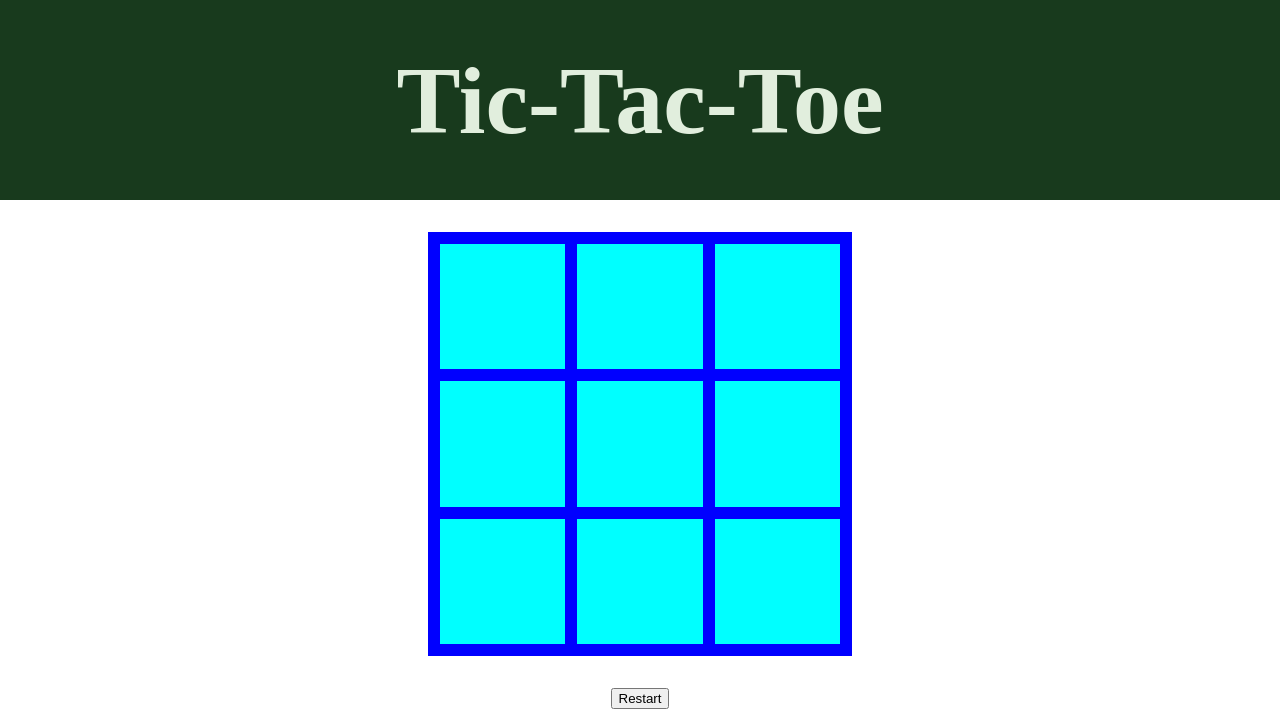
Repository: yeetzpxoci/tic-tac-toe
Page: index.html
These files come from the project's save history. The page is drawn as it stood at one moment and after a run of saves; the edit follows.
The browser window is 1280 px wide. The pictures show the whole page.

Above is the page before, as saved 2023-02-23 18:43:02.

After the next 2 saves:
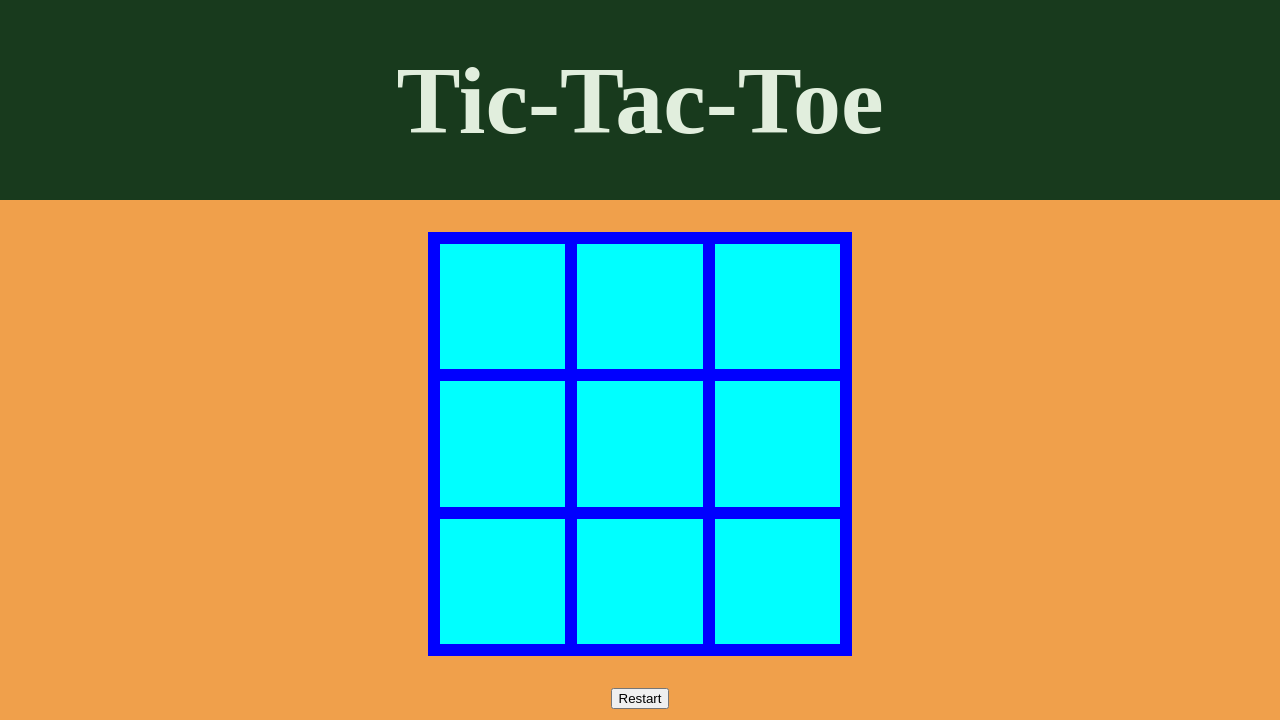
The 2 saves are shown as one change because they came seconds apart.
The last was saved 23 s later.
--- a/styles.css
+++ b/styles.css
@@ -11,6 +11,7 @@ body {
     align-items: center;
     min-width: 100vh;
     gap: 32px;
+    background-color: #F0A04B;
 }
 
 .header {
